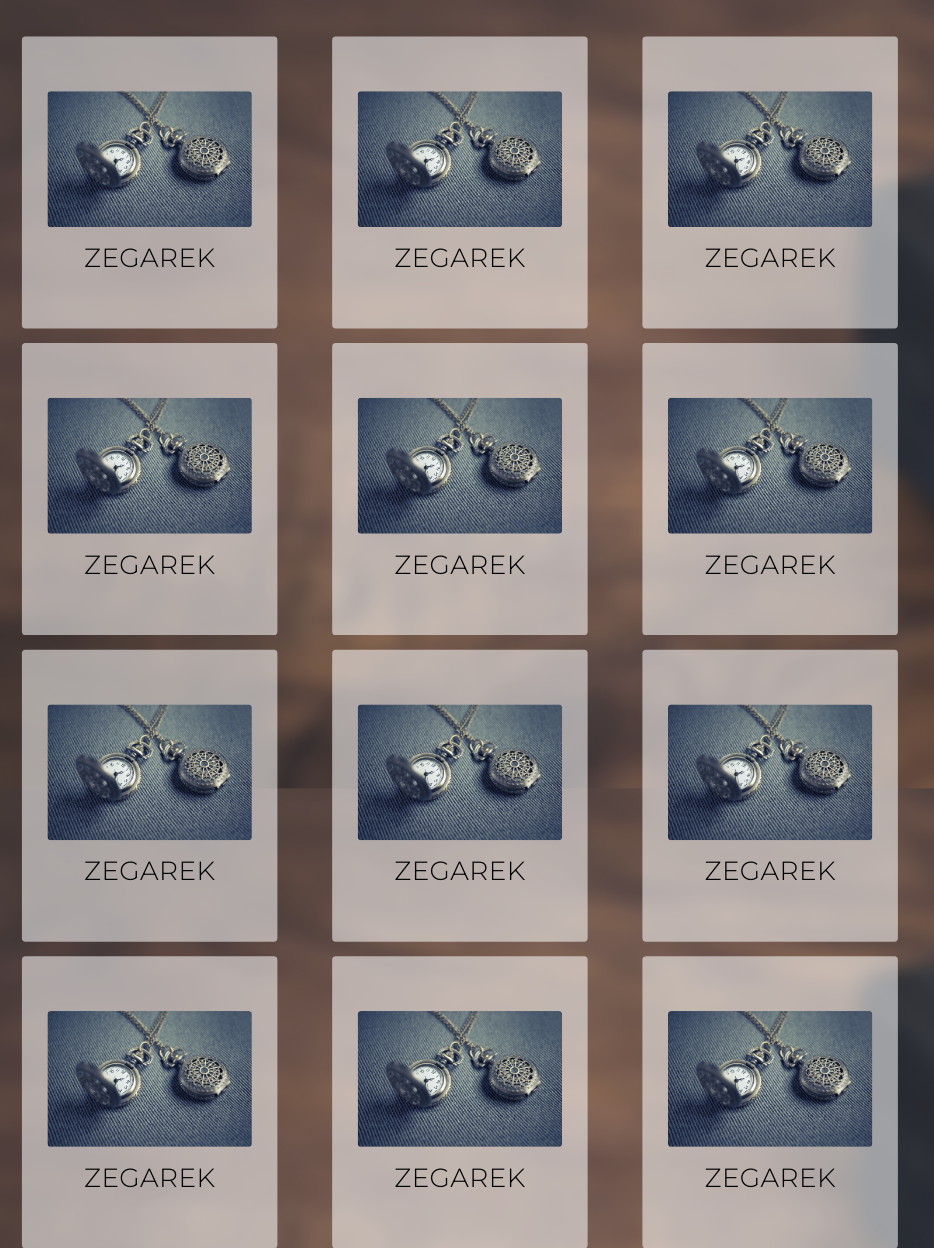
Repository: Rickardo198/prezent
Page: index.html
The author's editor kept a copy of each file at every save. The page is drawn from the files as they stood at one save, then again after the next save.
The browser window is 1280 px wide. The pictures show the whole page, at 73% of full size.

Above is the page before, as saved 2020-10-25 21:30:24.

After the next save:
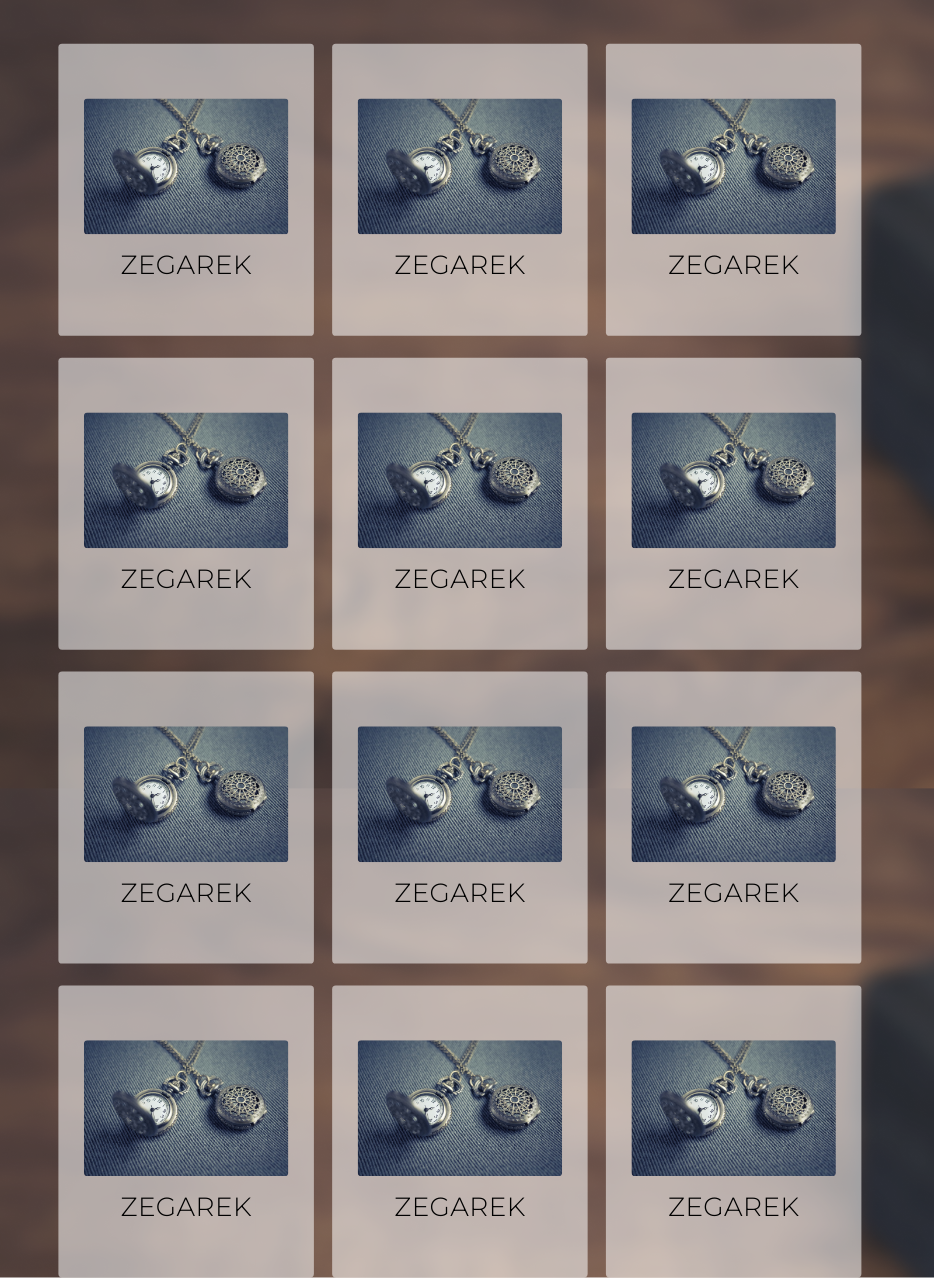
Saved 30 s later.
--- a/index.html
+++ b/index.html
@@ -20,7 +20,7 @@
             justify-content: center;
         }
         .wrapper{
-            max-width: 1200px;
+            max-width: 1100px;
             margin-top: 30px;
             display: flex;
             flex-flow: row wrap;
@@ -35,7 +35,7 @@
             flex-direction: column;
             align-items: center;
             justify-content: center;
-            margin-top: 20px;
+            margin-top: 30px;
         }
         .bgWrapper{
             width: 100%;
@@ -43,7 +43,7 @@
             position: absolute;
             top:0;
             left: 0;
-            background: rgba(255, 255, 255, .55);
+            background: rgba(255, 255, 255, .55) no-repeat;
             filter: blur(30);
             z-index: -1;
             border-radius: 5px;
